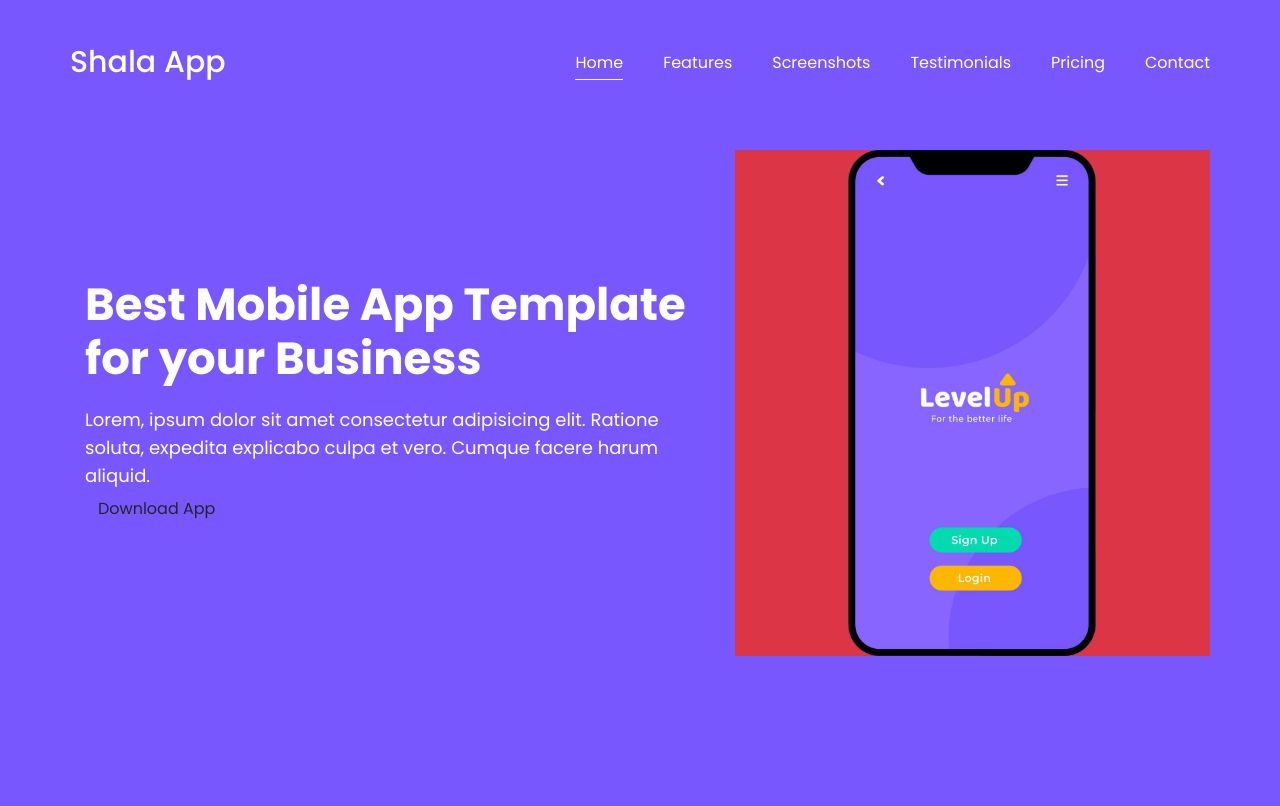
Repository: Mohamed-Hema/Shala-App
Page: index.html
These files come from the project's save history. The page is drawn as it stood at one moment and after the next save; the edit follows.
The browser window is 1280 px wide. The pictures show the whole page.

Above is the page before, as saved 2021-02-13 09:02:05.

After the next save:
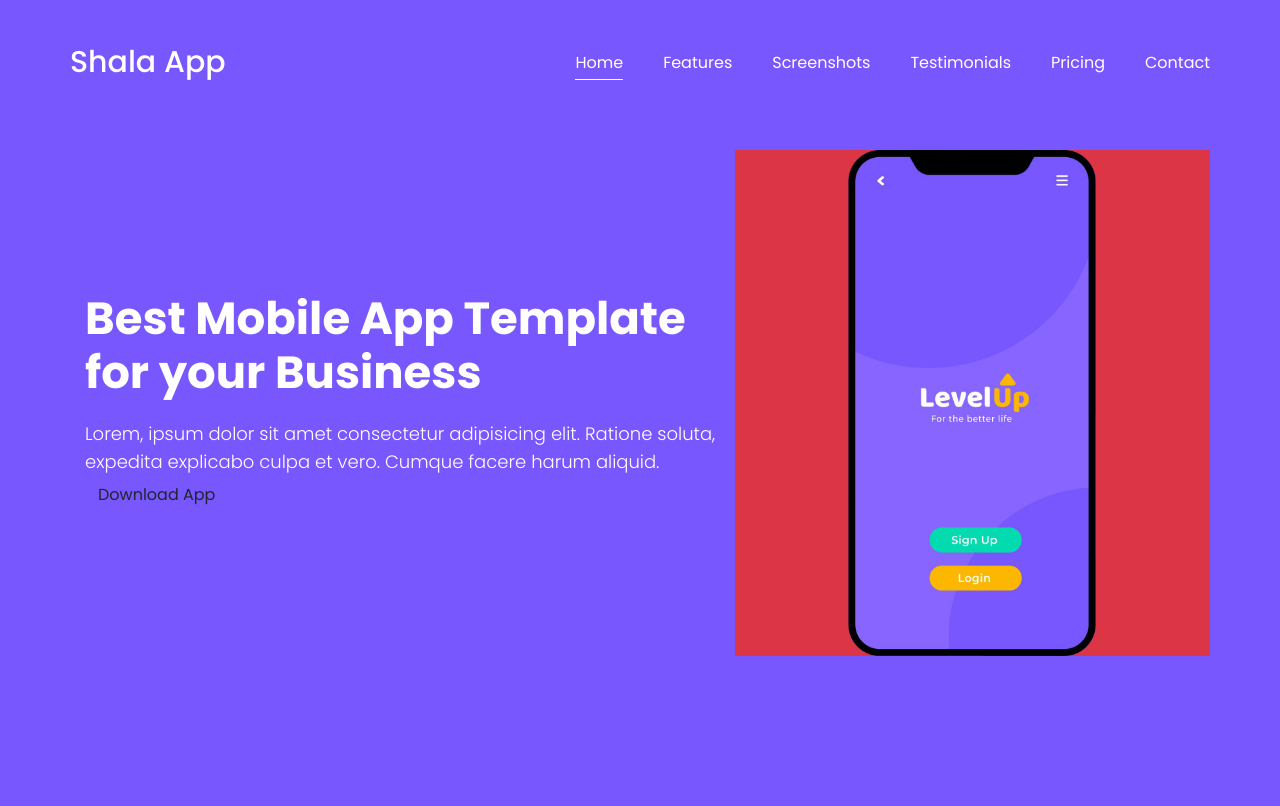
Saved 6 s later.
--- a/css/style.css
+++ b/css/style.css
@@ -99,7 +99,7 @@ ul{
     line-height: 28px;
     color: #fff;
     margin: 0;
-    font-weight: ;
+    font-weight: 300;
 }
 .home-img img{
     max-width: 250px;
